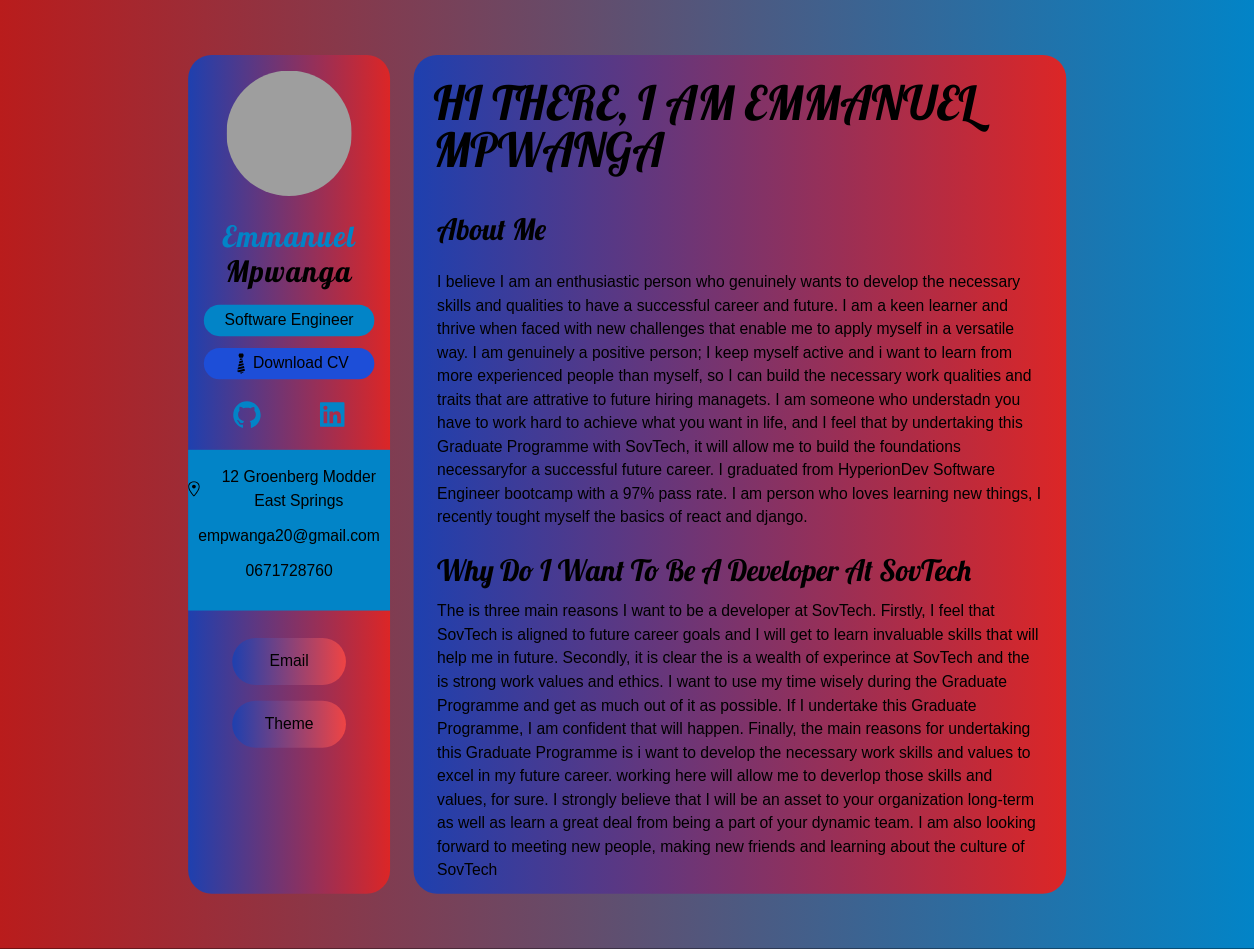
Repository: mannympwanga/portfolio
Page: /
These files come from the project's save history. The page is drawn as it stood at one moment and after the next save; the edit follows.
The browser window is 1280 px wide. The pictures show the whole page, at 98% of full size.
Pictures or frames that could not be fetched are drawn as grey boxes. The project was rebuilt for these pictures with package versions that can differ from the ones it lists, and the page was loaded fresh each time. The framework's server and built-in components were replaced by stand-ins that run in the browser. Also part of the build but not shown: next.config.js.

Above is the page before, as saved 2021-11-24 23:26:00.

### pages/_app.tsx
import '../styles/globals.css'
import Sidebar from '../components/Sidebar'
import Navbar from '../components/Navbar'
import {ThemeProvider} from 'next-themes'

function MyApp({ Component, pageProps }) {
  return (
    <ThemeProvider attribute='class'>
      <div className='grid grid-cols-12 gap-6 px-5 lg:px-48 my-14 sm:px-20 md:px-32'>
       <div className='col-span-12 p-4 text-center bg-gradient-to-r from-blue-800 to-red-600 dark:from-dark-500 dark:to-dark-100 lg:col-span-3 rounded-3xl'>
        <Sidebar/>
       </div>
       <div className='flex flex-col col-span-12 bg-gradient-to-r from-blue-800 to-red-600 dark:from-dark-500 dark:to-dark-100 lg:col-span-9 rounded-3xl'>
        <Navbar/>
        <Component {...pageProps} />
       </div>
      </div>
    </ThemeProvider>

  )





}

export default MyApp

### pages/_document.tsx
import Document, { Html, Head, Main, NextScript } from 'next/document'

class MyDocument extends Document {
  render() {
    return (
      <Html lang='en'>
        <Head>
            <link rel="preconnect" href="https://fonts.googleapis.com"/>
            <link rel="preconnect" href="https://fonts.gstatic.com crossorigin"/>
            <link href="https://fonts.googleapis.com/css2?family=Lobster&display=swap" rel="stylesheet"/>
        </Head>
        <body className='bg-gradient-to-r from-red-700 to-blue dark:from-dark-500 dark:to-dark-100 dark:text-yellow-50'>
          <Main />
          <NextScript />
        </body>
      </Html>
    )
  }
}

export default MyDocument

### pages/index.tsx
export const index = () => {
  return (
    <div className='flex flex-col px-6 pt-1'>
      <h1 className='my-3 text-3xl font-Lobster'>About Me</h1>
      <p className='my-3 font-medium'>
        I believe I am an enthusiastic person who genuinely wants to develop
        the necessary skills and qualities to have a successful career and future.
        I am a keen learner and thrive when faced with new challenges that enable me
        to apply myself in a versatile way.
        I am genuinely a positive person; I keep myself active and i want to learn from
        more experienced people than myself, so I can build the necessary work qualities
        and traits that are attrative to future hiring managets.
        I am someone who understadn you have to work hard to achieve what you want in life,
        and I feel that by undertaking this Graduate Programme with SovTech, it will allow me
        to build the foundations necessaryfor a successful future career. I graduated from HyperionDev
        Software Engineer bootcamp with a 97% pass rate. I am person who loves learning new things, I recently
        tought myself the basics of react and django.
      </p>

      <div>
        <h1 className='my-3 text-3xl font-Lobster'>Why Do I Want To Be A Developer At SovTech</h1>
        <p className='my-3 font-medium'>
          The is three main reasons I want to be a developer at SovTech. Firstly, I feel that SovTech
          is aligned to future career goals and I will get to learn invaluable skills that will help me in future.
          Secondly, it is clear the is a wealth of experince at SovTech and the is strong work values and
          ethics. I want to use my time wisely during the Graduate Programme and get as much out of it as possible.
          If I undertake this Graduate Programme, I am confident that will happen. Finally, the main reasons for undertaking
          this Graduate Programme is i want to develop the necessary work skills and values to excel in my future career.
          working here will allow me to deverlop those skills and values, for sure. I strongly believe that I will be an asset
          to your organization long-term as well as learn a great deal from being a part of your dynamic team.
          I am also looking forward to meeting new people, making new friends and learning about the culture of SovTech
        </p>
      </div>
    </div>


  )
}

export default index

### styles/globals.css

@tailwind base;
@tailwind components;
@tailwind utilities;

/*//TODO use tailwind */
body{
  background-color: black;
  font-family: sans-serif;
}

### components/Sidebar.tsx
import Image from 'next/image'
import {AiFillGithub,AiFillLinkedin} from 'react-icons/ai'
import {GoLocation} from 'react-icons/go'
import {GiTie} from 'react-icons/gi'
import { useTheme } from 'next-themes'

const Sidebar = () => {
    const{theme, setTheme} = useTheme();

    const changeThem = ()=>{
        setTheme(theme==='light'?'dark':'light');
    }

    return (
        <div>
            <Image src="https://avatars.githubusercontent.com/u/84036779?v=4" alt="user avater" className=" mx-auto border rounded-full "
            height="128px"
            width="128px"
            layout="intrinsic"
            quality="100">

            </Image>
            <h1 className='my-4 text-3xl font-medium tracking-wider font-Lobster'>
                <span className='text-blue'>Emmanuel </span>
                Mpwanga
            </h1>
            <p className='px-2 py-1 my-3 bg-blue dark:bg-dark-200 rounded-full'>Software Engineer</p>
            <a className='flex items-center justify-center px-2 py-1 my-3 bg-blue-700 dark:bg-dark-200 rounded-full'
                href='/pdf,img/Emmanuel Mpwanga CV.pdf'
                download='Emmanuel Mpwanga CV.pdf'>
                <GiTie className='w-6 h-6'/>Download CV
             </a>

            {/* icons*/}
            <div className='flex justify-around mx-auto w-9/12 my-5 text-blue md:w-full' >
                <a href="https://github.com/mannympwanga">
                    <AiFillGithub className='w-8 h-8' cursor-pointer/>
                </a>
                <a href="https://www.linkedin.com/in/emmanuel-mpwanga-4387271bb">
                    <AiFillLinkedin className='w-8 h-8' cursor-pointer/>
                </a>
            </div>

            {/*adress*/}
            <div
               className='my-5 py-4 bg-blue dark:bg-dark-200'
               style={{ marginLeft: '-1rem', marginRight: '-1rem'}}>
                <div className='flex items-center justify-center space-x-2'>
                    <GoLocation/>
                    <span>12 Groenberg Modder East Springs</span>
                </div>
                <p className='my-3'>empwanga20@gmail.com</p>
                <p className='my-3'>0671728760</p>
            </div>

            {/*Email Button*/}
            <button className='my-2 bg-gradient-to-r from-blue-800 to-red-500 w-8/12 rounded-full py-3 pt-3 text-black'
            onClick={()=>window.open('mailto:empwanga20@gmail.com')}>Email</button>
            <button className='my-2  bg-gradient-to-r from-blue-800 to-red-500 w-8/12 rounded-full py-3 pt-3 text-black'
            onClick={changeThem}>Theme</button>
        </div>
    )
}

export default Sidebar

### components/Navbar.tsx
import { useState, useEffect, FunctionComponent } from 'react'
import { useRouter } from 'next/router'
import Link from 'next/link'



const Navbar = () => {

   return (
      <div className='flex items-center justify-between px-5 py-3 my-3 text-5xl font-Lobster'>

         <div className='text-5xl font-Lobster md:text-1xl'>
            HI THERE, I AM EMMANUEL MPWANGA
         </div>
      </div>
   )
}

export default Navbar

### tailwind.config.js
module.exports = {
  purge: ["./pages/**/*.tsx", "./components/**/*.tsx"],
  darkMode: "class",
  theme: {
    fontFamily: {
      Lobster: ['Lobster'],
     },
    extend: {
      colors: {
        blue: {
          DEFAULT: '#0284C7',
        },
        dark:{
          DEFAULT: '#010101',
          100:'#0a0b1e',
          200:'#16181d',
          500:'#0f1115',
          700:'#202125',

        },
      }
    },
  },
  variants: {
    extend: {},
  },
  plugins: [],
};

After the next save:
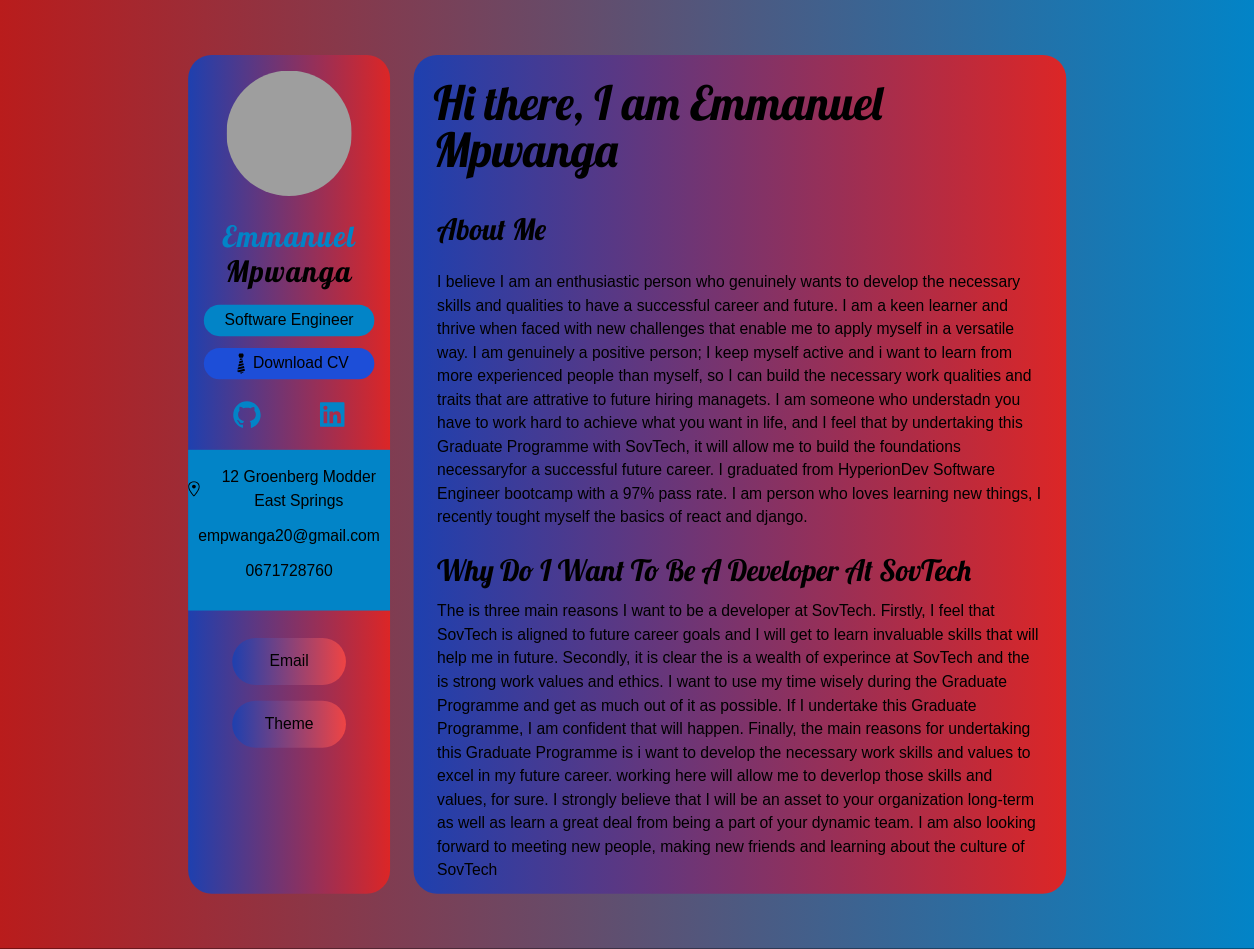
Saved 13 min 7 s later.
--- a/components/Navbar.tsx
+++ b/components/Navbar.tsx
@@ -10,7 +10,7 @@
       <div className='flex items-center justify-between px-5 py-3 my-3 text-5xl font-Lobster'>
 
          <div className='text-5xl font-Lobster md:text-1xl'>
-            HI THERE, I AM EMMANUEL MPWANGA
+         Hi there, I am Emmanuel Mpwanga
          </div>
       </div>
    )
